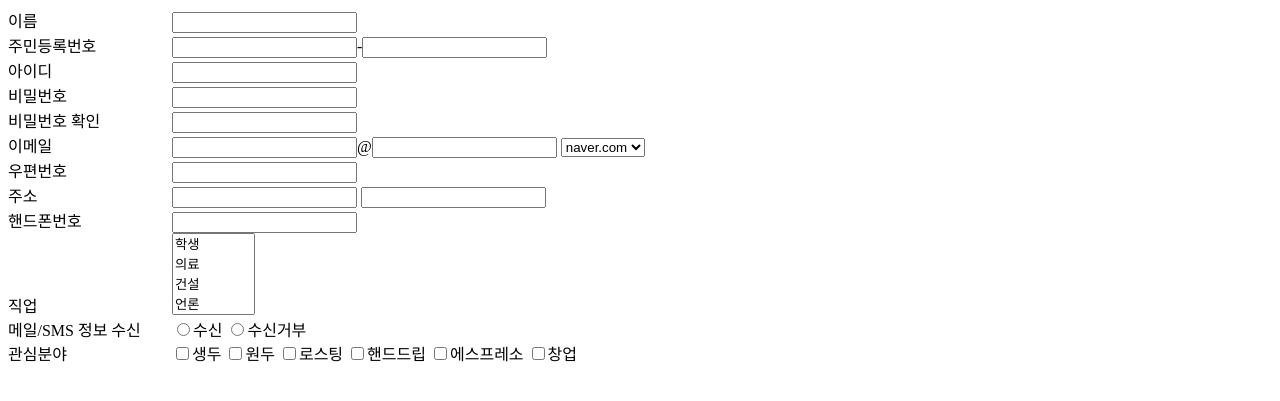
Repository: Yoon-jae-min/JSP-Servlet_Study
Page: http://localhost/self-study-01/join.jsp
The author's editor kept a copy of each file at every save. The page is drawn from the files as they stood at one save, then again after the next save.
The browser window is 1280 px wide. The pictures show the whole page.
The page is served by Tomcat 10. Other server files are loaded and not shown.

Above is the page before, as saved 2024-06-06 12:23:18.

### JSP&Servlet-selfStudy/self-study-01/src/main/webapp/join.jsp
<%@ page language="java" contentType="text/html; charset=EUC-KR"
    pageEncoding="EUC-KR"%>
<!DOCTYPE html>
<html>
<head>
<meta charset="EUC-KR">
<style>
	label{
		display:inline-block;
		width: 160px;
	}
</style>
<title>Insert title here</title>
</head>
<body>
	<form method="post">
		<label for="name">이름</label>
			<input type="text" id="name" name="name"><br>
		<label for="numFront">주민등록번호</label>
			<input type="text" id="numFront" name="numFront">-<input type="password" id="numBehind" name="numBehind"><br>
		<label for="userId")>아이디</label>
			<input type="text" id="userId" name="userId"><br>
		<label for="password">비밀번호</label>
			<input type="password" id="password" name="password"><br>
		<label for="passwordCheck">비밀번호 확인</label>
			<input type="password" id="passwordCheck" name="paswordCheck"><br>
		<label for="emailFront">이메일</label>
			<input type="text" id="emailFront" name="emailFront">@<input type="text" id="emailBehind" name="emailBehind">
			<select id="emailBehindSelect" name="emailBehind">
				<option>naver.com</option>
				<option>daum.net</option>
				<option>nate.com</option>
				<option>gmail.com</option>
			</select><br>
		<label for="addressNumber">우편번호</label>
			<input type="text" id="addressNumber" name="addressNumber"><br>
		<label for="addressFront">주소</label>
			<input type="text" id="addressFront" name="addressFront">
			<input type="text" id="addressBehind" name="addressBehind"><br>
		<label for="telNum">핸드폰번호</label>
			<input type="text" id="telNum" name="telNum"><br>
		<label for="job">직업</label>
			<select name="job" id="job" size="4">
				<option>학생</option>
				<option>의료</option>
				<option>건설</option>
				<option>언론</option>
				<option>공무원</option>
				<option>컴퓨터/인터넷</option>
			</select><br>
		<label for="agree">메일/SMS 정보 수신</label>
			<input type="radio" id="agree" name="agree" value="ok">수신
			<input type="radio" name="agree" value="no">수신거부<br>
		<label>관심분야</label>
			<input type="checkbox" name="interest" value="생두">생두
			<input type="checkbox" name="interest" value="원두">원두
			<input type="checkbox" name="interest" value="로스팅">로스팅
			<input type="checkbox" name="interest" value="핸드드립">핸드드립
			<input type="checkbox" name="interest" value="에스프레소">에스프레소
			<input type="checkbox" name="interest" value="창업">창업
	</form>
</body>
</html>

After the next save:
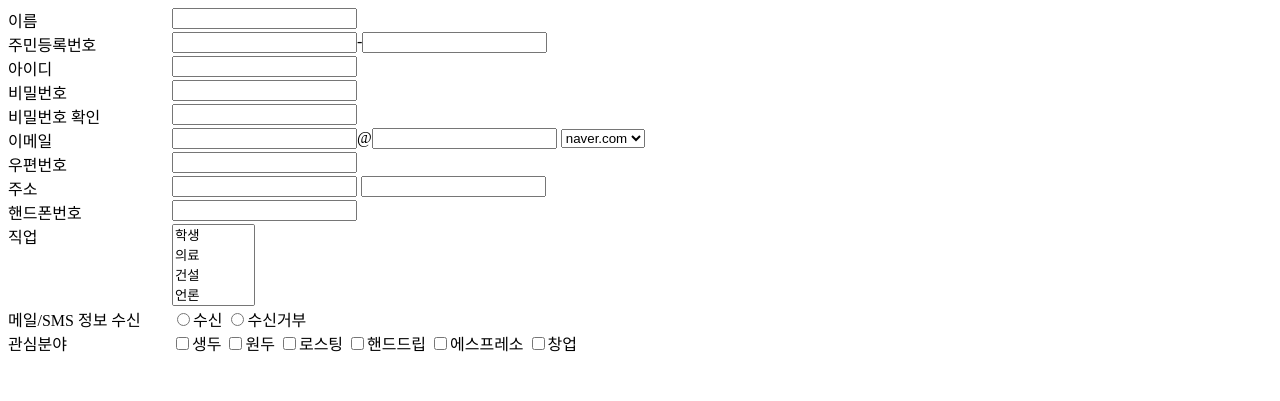
Saved 6 min 8 s later.
--- a/JSP&Servlet-selfStudy/self-study-01/src/main/webapp/join.jsp
+++ b/JSP&Servlet-selfStudy/self-study-01/src/main/webapp/join.jsp
@@ -8,6 +8,7 @@
 	label{
 		display:inline-block;
 		width: 160px;
+		vertical-align: top;
 	}
 </style>
 <title>Insert title here</title>
